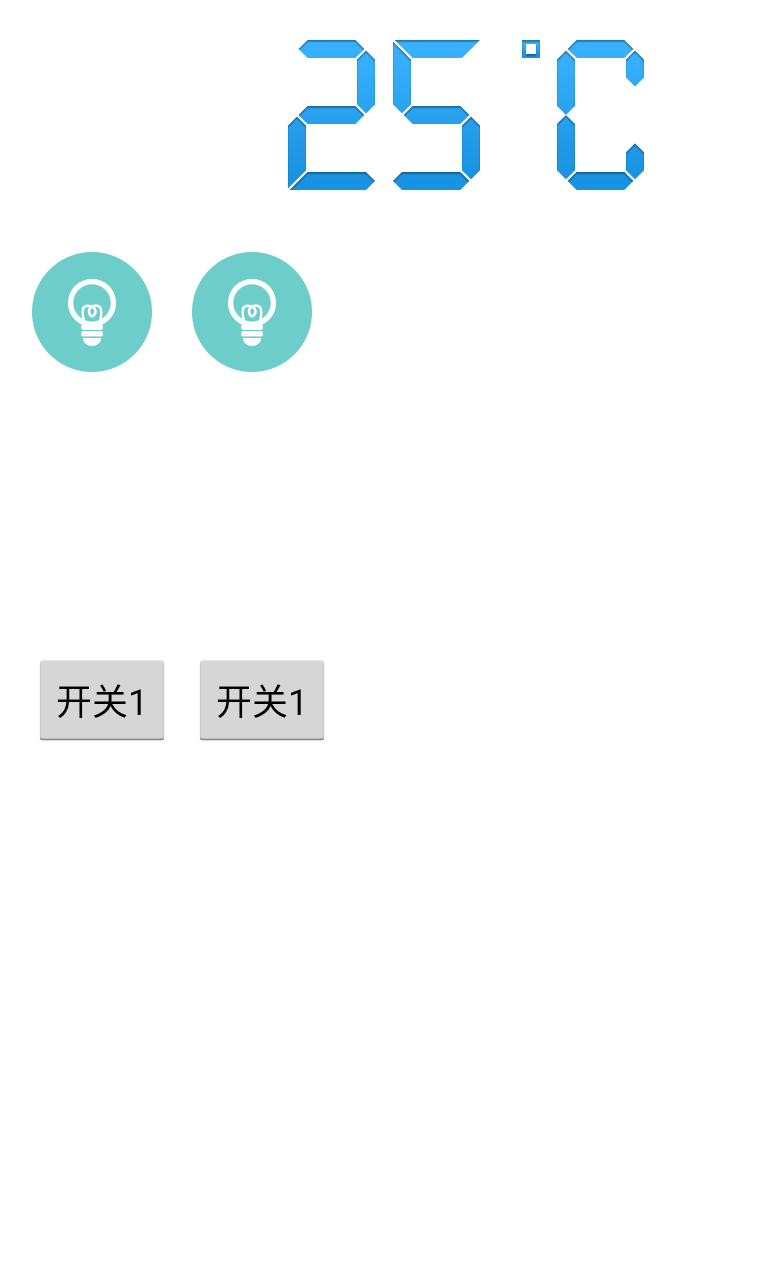
Repository: MyungSinKim/mqtt-demo
Layout: cloud2-demo/res/layout/main.xml
An editor plug-in stored every save of this project. The layout is shown before and after the next save, followed by the edit.
It is drawn on a 768 x 1280 px phone screen (xhdpi) without system bars, with theme AppTheme; the app's code is not run.

Above is the layout before, as saved 2015-11-02 05:17:26.

After the next save:
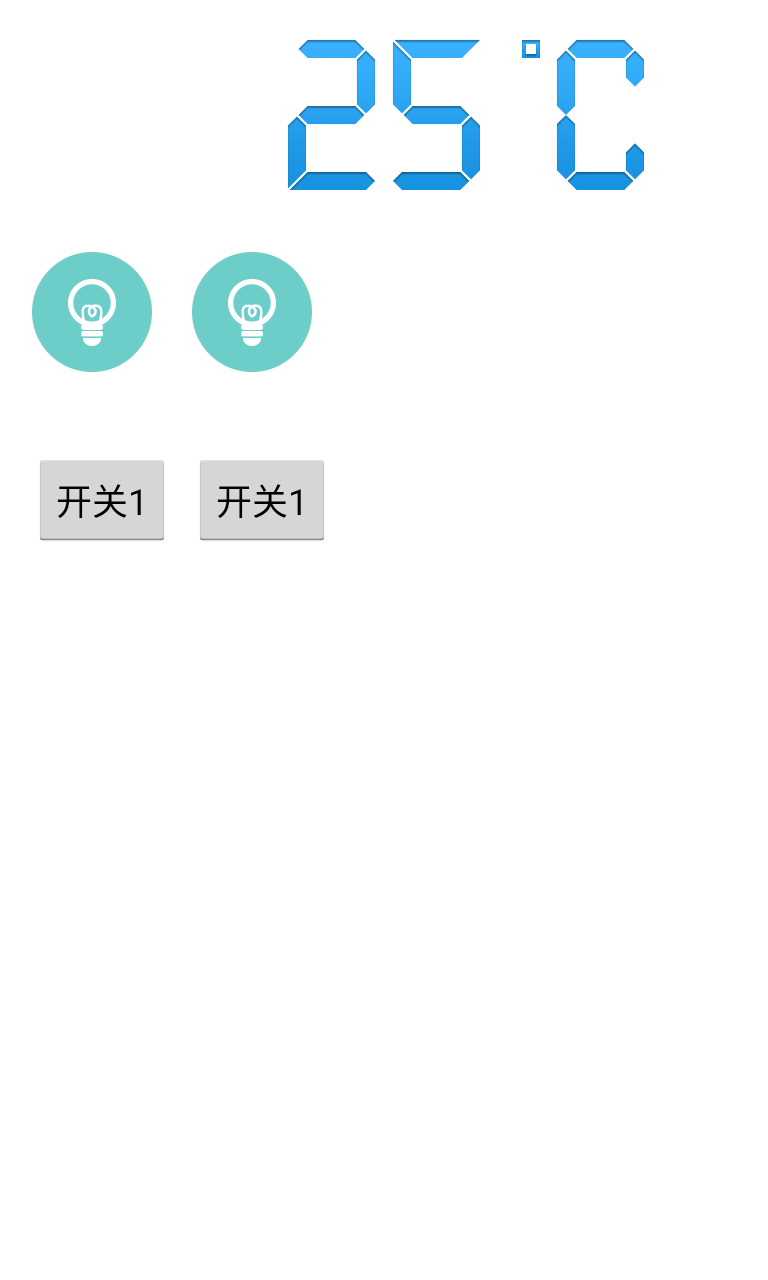
Saved 55 s later.
--- a/cloud2-demo/res/layout/main.xml
+++ b/cloud2-demo/res/layout/main.xml
@@ -31,7 +31,7 @@
     <RelativeLayout
         android:id="@+id/rl2"
         android:layout_width="match_parent"
-        android:layout_height="200dp"
+        android:layout_height="100dp"
         android:layout_below="@+id/rl1" >
 
         <ImageView
